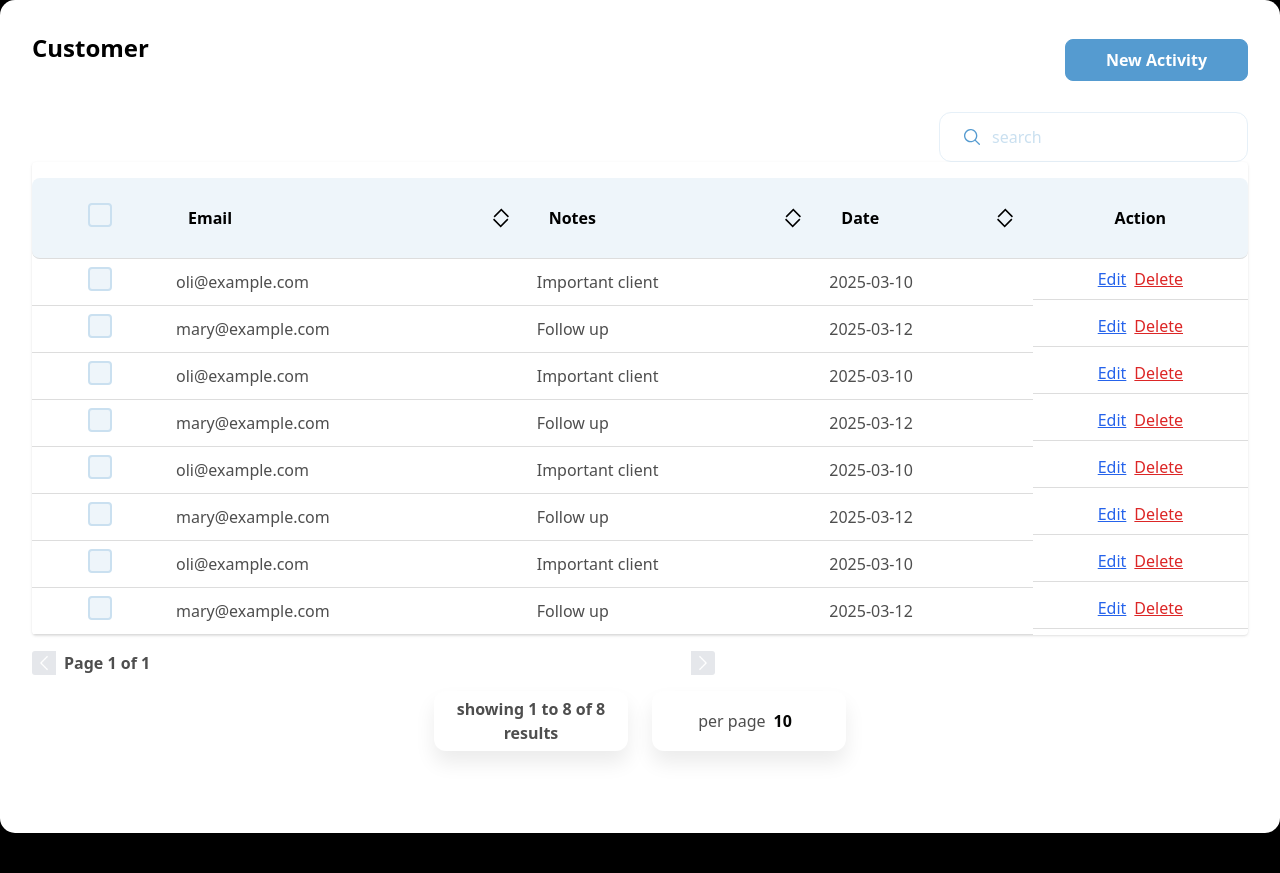
Repository: Abdelrhman-asker-smart/JsdcPIF
Page: tableAcitviy.html
The author's editor kept a copy of each file at every save. The page is drawn from the files as they stood at one save, then again after a run of saves.
The browser window is 1280 px wide. The pictures show the whole page.
Some web libraries are served in a nearby version.

Above is the page before, as saved 2025-03-10 11:07:23.

After the next 2 saves:
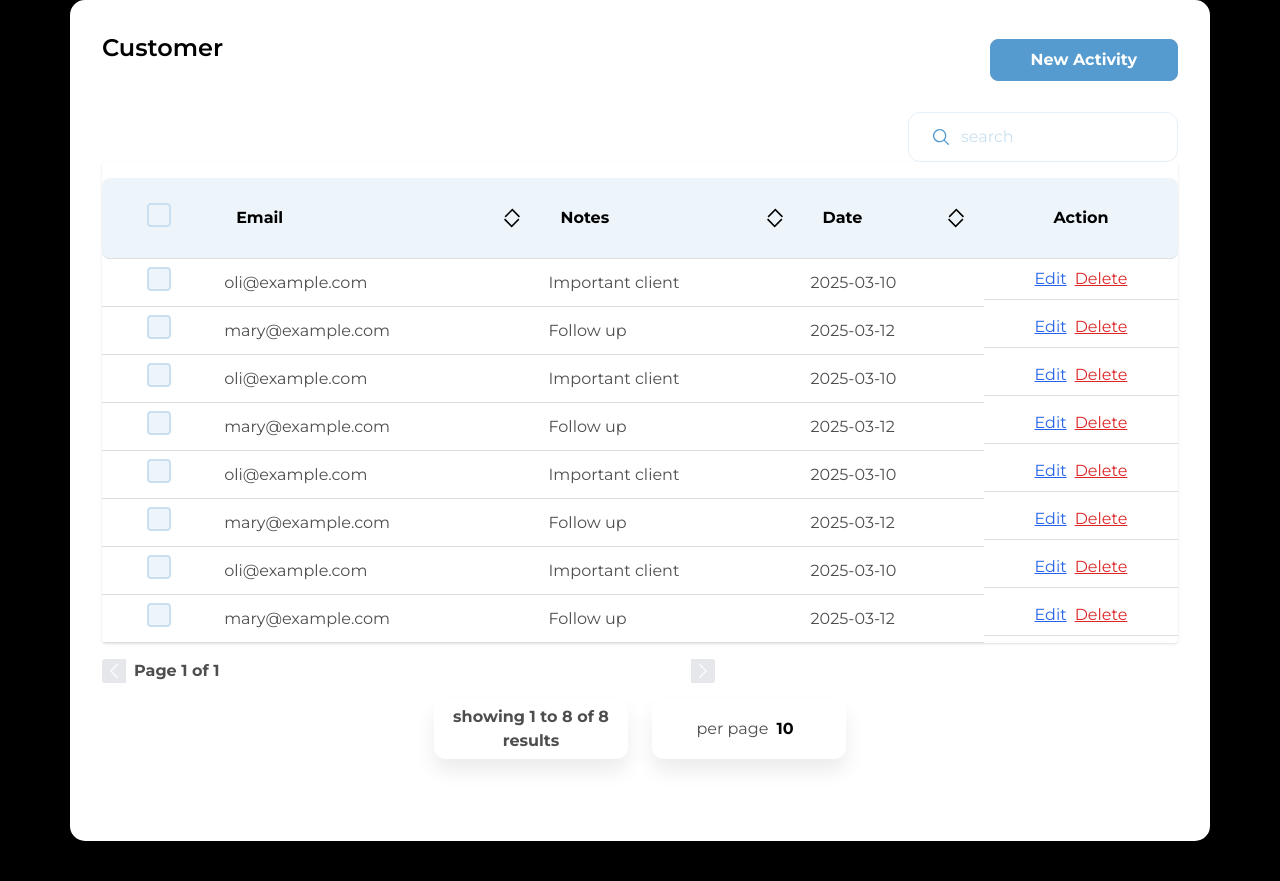
The 2 saves are shown as one change because they came seconds apart.
The last was saved 61 s later.
--- a/tableAcitviy.html
+++ b/tableAcitviy.html
@@ -114,6 +114,7 @@
       color: #DC2626;
     }
   </style>
+  <link rel="stylesheet" href="./assets/css/style.css">
 </head>
 <body class="container bg-black">
 
